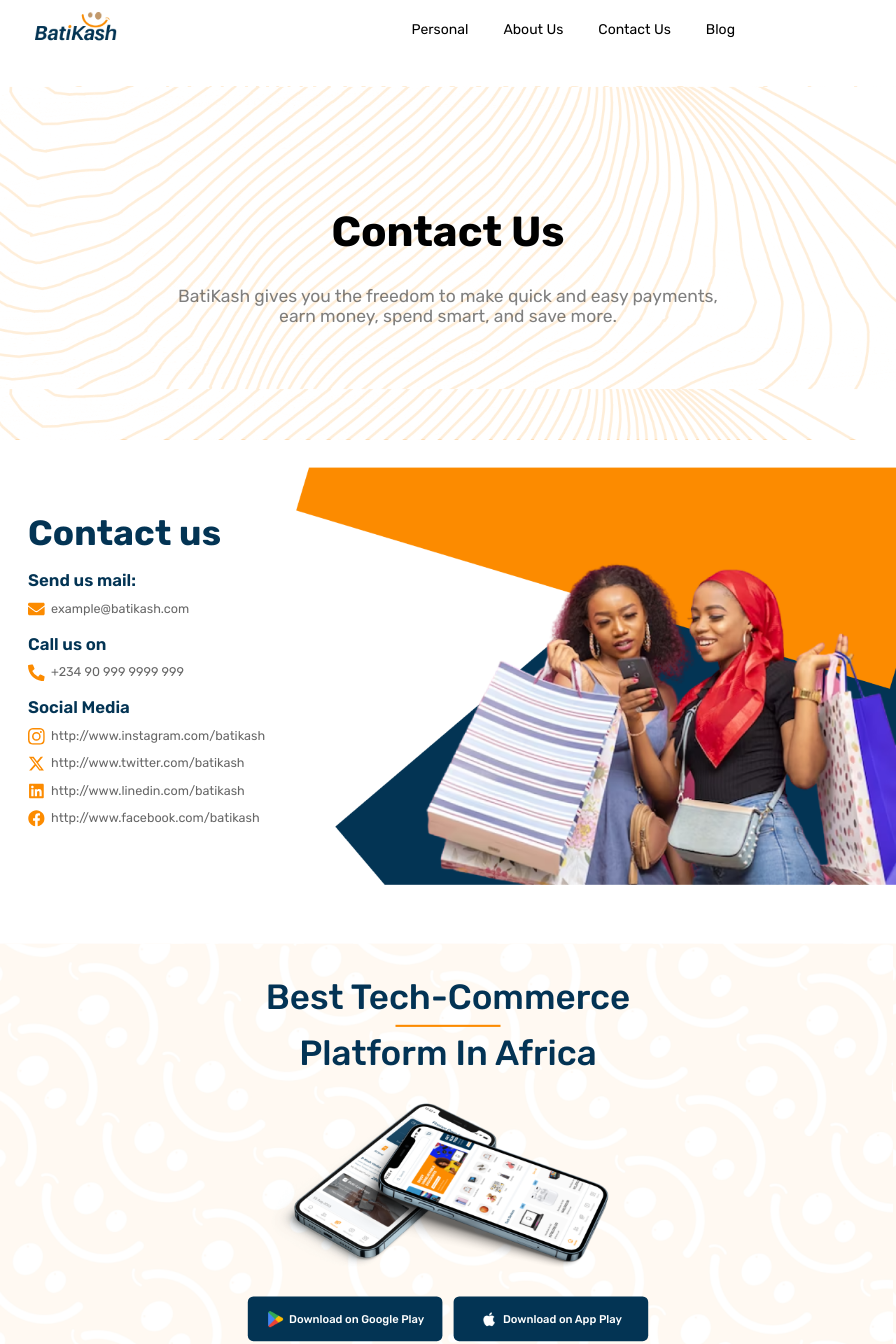
Repository: Batikashdev/batikash-website
Page: /contact
These files come from the project's save history. The page is drawn as it stood at one moment and after the next save; the edit follows.
The browser window is 1280 px wide. The pictures show the part of the page from y = 0 to 1920 px (the page is 2698 px tall), at 70% of full size.
The project was rebuilt for these pictures with package versions that can differ from the ones it lists, and the page was loaded fresh each time. Also part of the build but not shown: vite.config.js, src/App.css, src/pages/About.jsx, src/components/blog/blog.scss, src/components/blog/BlogPost.jsx, src/components/blog/Frame1.jsx, src/components/blog/dummydate.js, src/pages/Blog.jsx and 7 more.

Above is the page before, as saved 2024-06-22 17:09:38.

After the next save:
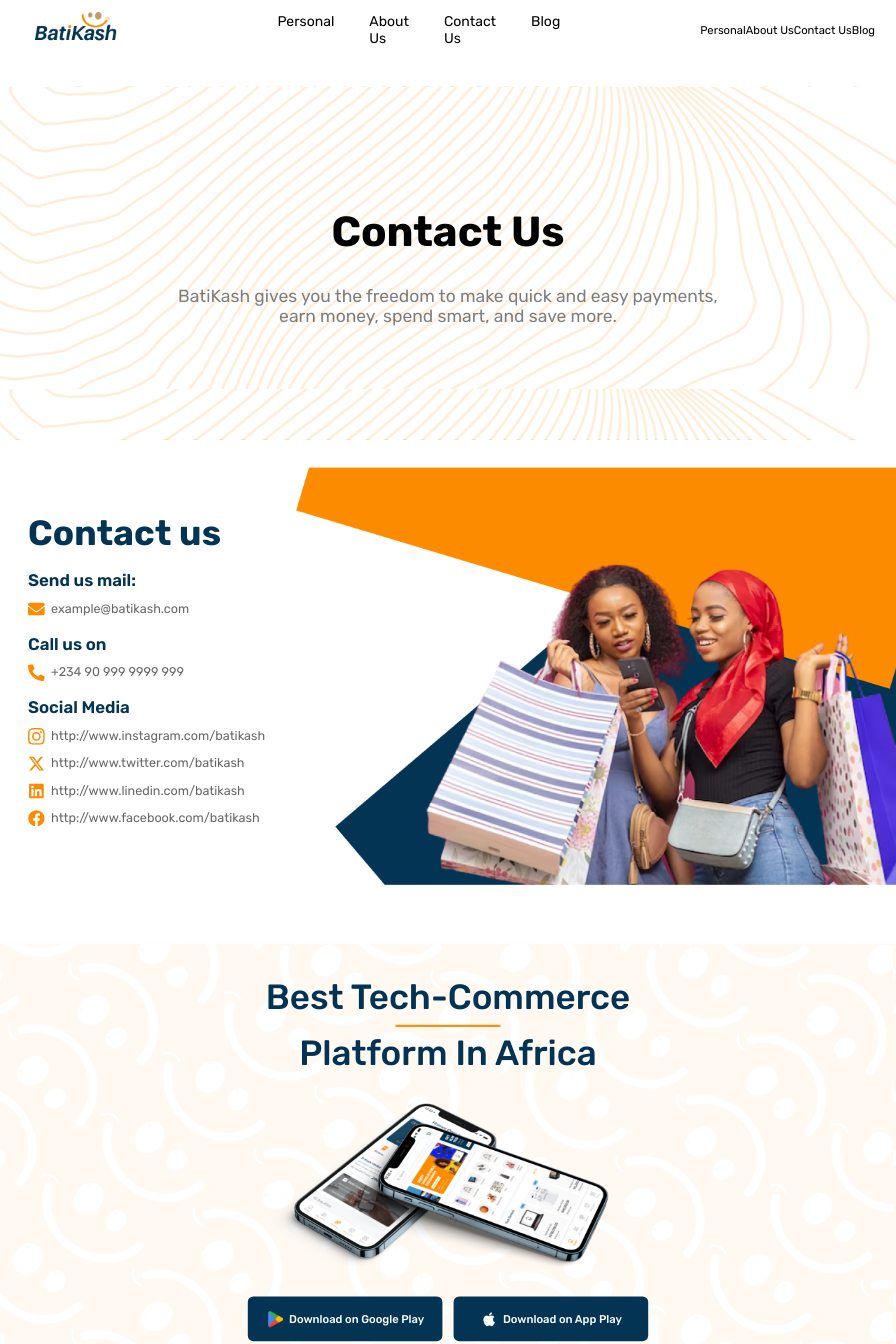
Saved 17 min 18 s later.
--- a/src/components/navbar/Navbar.jsx
+++ b/src/components/navbar/Navbar.jsx
@@ -17,6 +17,15 @@
           <NavLink  className="link" to="/blog"><a>Blog</a></NavLink>
         </div>
 
+        <div className="mobile-nav">
+          <NavLink className="link" to="/"><a>Personal</a></NavLink>
+          <NavLink  className="link" to="/about"><a>About Us</a></NavLink>
+          <NavLink  className="link" to="/contact"><a>Contact Us</a></NavLink>
+          <NavLink  className="link" to="/blog"><a>Blog</a></NavLink>
+        </div>
+
+
+
     </nav>
   )
 }
